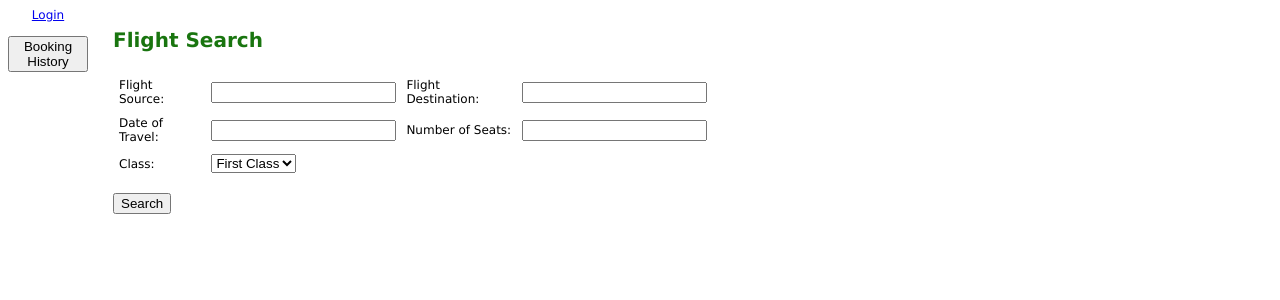
Repository: jliu9000/CSE-464---Flight-Pages
Page: http://localhost/HW1/FlightSearch.jsp
An editor plug-in stored every save of this project. The page is shown before and after the next save, followed by the edit.
The browser window is 1280 px wide. The pictures show the whole page.
The page is served by Tomcat 9. Other server files are loaded and not shown.

Above is the page before, as saved 2014-09-24 03:09:40.

### HW1/WebContent/FlightSearch.jsp
<%@ page language="java" contentType="text/html; charset=ISO-8859-1"
    pageEncoding="ISO-8859-1"%>
<!DOCTYPE html PUBLIC "-//W3C//DTD HTML 4.01 Transitional//EN" "http://www.w3.org/TR/html4/loose.dtd">
<html>
<head>
<meta http-equiv="Content-Type" content="text/html; charset=ISO-8859-1">
<link rel="stylesheet" type="text/css" href="CSS/FlightStyles.css">
<title>Flight Search</title>
</head>


<body>
	<div class='sidebar'>
		<a id="Login" href="<%=session.getAttribute("nUserID") != null ? "./Login" : "Logout"%>">
		<%=session.getAttribute("nUserID") != null ? "Logout" : "Login"%>
		</a>
		<br><br>
		<a href="BookingHistory.jsp"><button>Booking History</button></a>
		<br><br>
	</div>
	<div class='main'>
		<p class="PageTitle">Flight Search</p>

		<form name="SearchFlights" action='FlightSearchResults.jsp' method=get>
			<table width=600>
				<tr>
					<TD>Flight Source:</td><td> <input type="text" name="sSource"></TD>
					<td>Flight Destination:</td><td>  <input type="text" name="sDestination"></td>
				</tr>
				<tr>
					<td>Date of Travel: </td><td> <input type="text" name="sDate"></td>
					<td>Number of Seats: </td><td> <input type="text" name="nSeats"></td>
				</tr>
				<tr>
					<td>Class:</td>
					<td>
						<select name="class">
						<option value="first">First Class</option>
						<option value="business">Business</option>
						<option value="economy">Economy</option>
						</select>
					</td>
				</tr>
			</table>
			<br>
			<input type="submit" value="Search">

		</form>

	</div>


</body>
</html>

### HW1/WebContent/CSS/FlightStyles.css
@CHARSET "ISO-8859-1";

body {
	font-family: "Verdana";
	font-size:12px;

}

div.sidebar {
	float: left;
	width: 80px;
	padding-right: 25px;
	text-align: center;
}
div.main {
	float: left;
}

p {
    font-size: 12px;

}

p.PageTitle {
    font-size: 20px;
    color: #19750F;
    font-weight: bold;
}

p.subheading {

	font-size: 16px;
	color: #5858DA;
}

p.message {
	color: red;
	text-align: center;
}

table {


}

th {
    background-color: #1975FF;
    color: white;
    padding: 4px;
    padding-left: 8px;
	padding-right: 8px;

}

tr {
}

tr.repeatalt {

	padding: 2px;
	padding-left: 5px;
	padding-right: 5px;
	background-color: #E6E6E6;

}

tr.repeat {
	padding: 2px;
	padding-left: 5px;
	padding-right: 5px;

}

td.button{
	text-align: center;
}

td{
	text-align: left;
	padding: 4px;

}

td.key{
	font-weight: bold;
}




#login {
    font-size:12px;
}

After the next save:
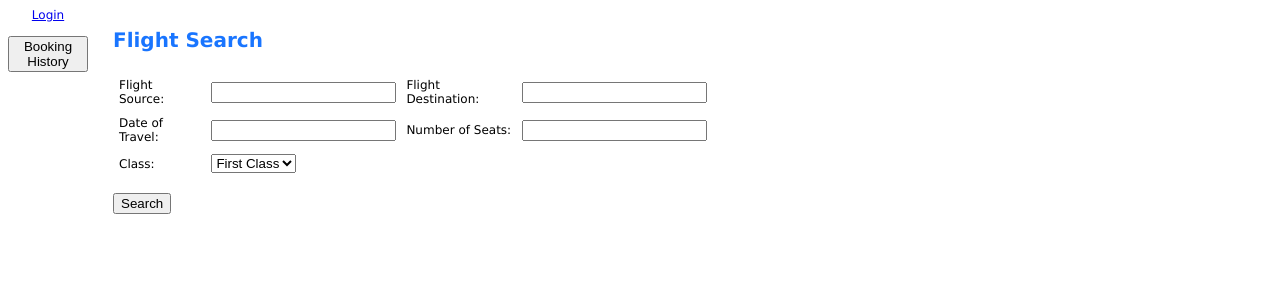
Saved 11 s later.
--- a/HW1/WebContent/CSS/FlightStyles.css
+++ b/HW1/WebContent/CSS/FlightStyles.css
@@ -23,7 +23,7 @@ p {
 
 p.PageTitle {
     font-size: 20px;
-    color: #19750F;
+    color: #1975FF;
     font-weight: bold;
 }
 
